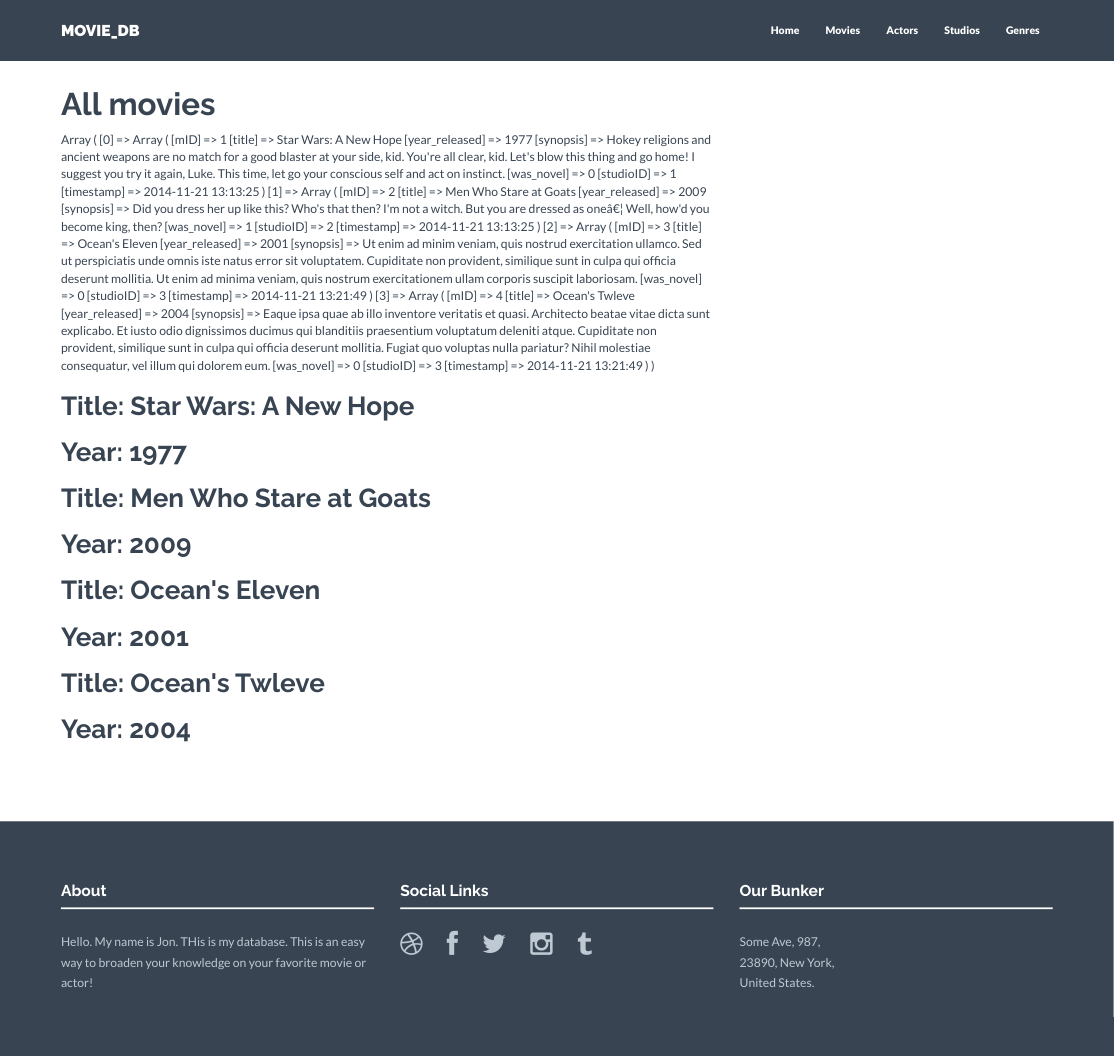
Repository: jonak91/Buzzerd-index
Page: http://localhost/movies.php
The author's editor kept a record of every edit. The page is drawn from the files as they stood at one moment, then again after the next edit.
The browser window is 1280 px wide. The pictures show the whole page, at 87% of full size.
Some web libraries are served in a nearby version. The page is run by PHP 8.4 with error messages shown; the project is at /var/www/html/. The database holds what the project's SQL file puts in it.

Above is the page before.
Not found: assets/js/modernizr.js

After the next edit:
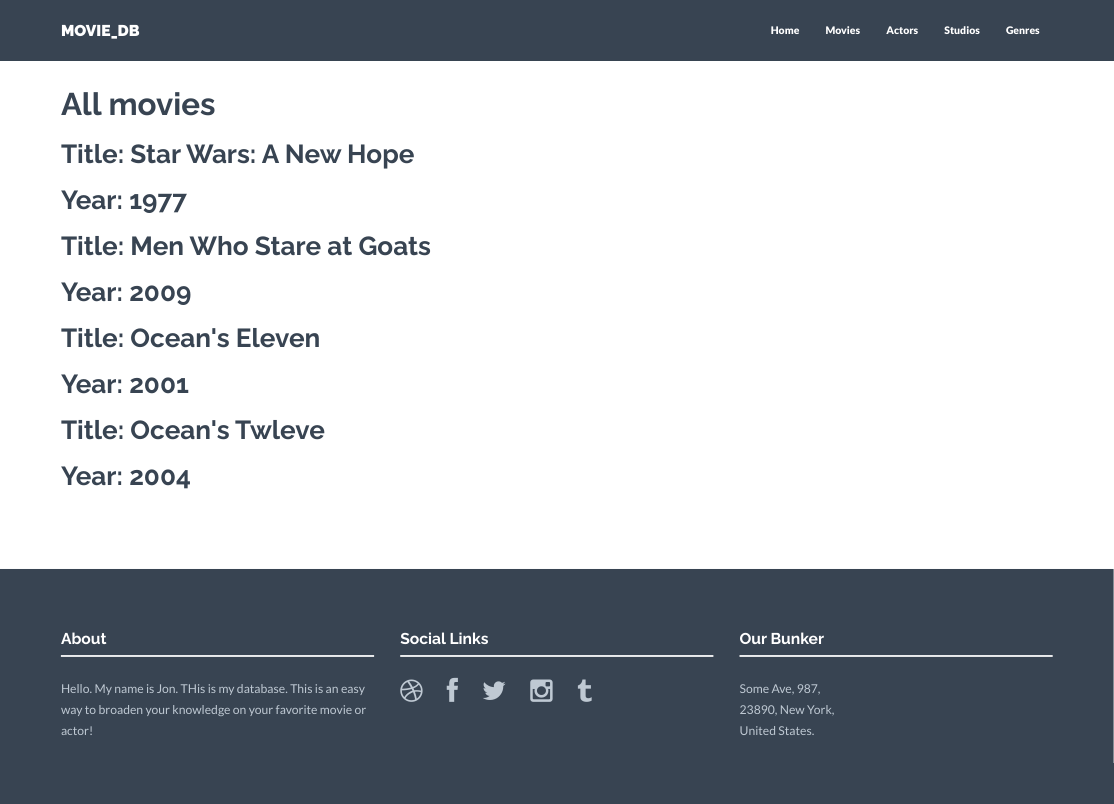
The edit:
--- a/movies.php
+++ b/movies.php
@@ -12,7 +12,6 @@
 
 <?php
 		 		$movies = get_movies();
-		 		print_r(get_movies());
 
 		 		foreach ($movies as $movie) { ?>
 		 		<h2>Title: <?php echo $movie['title']; ?></h2>
